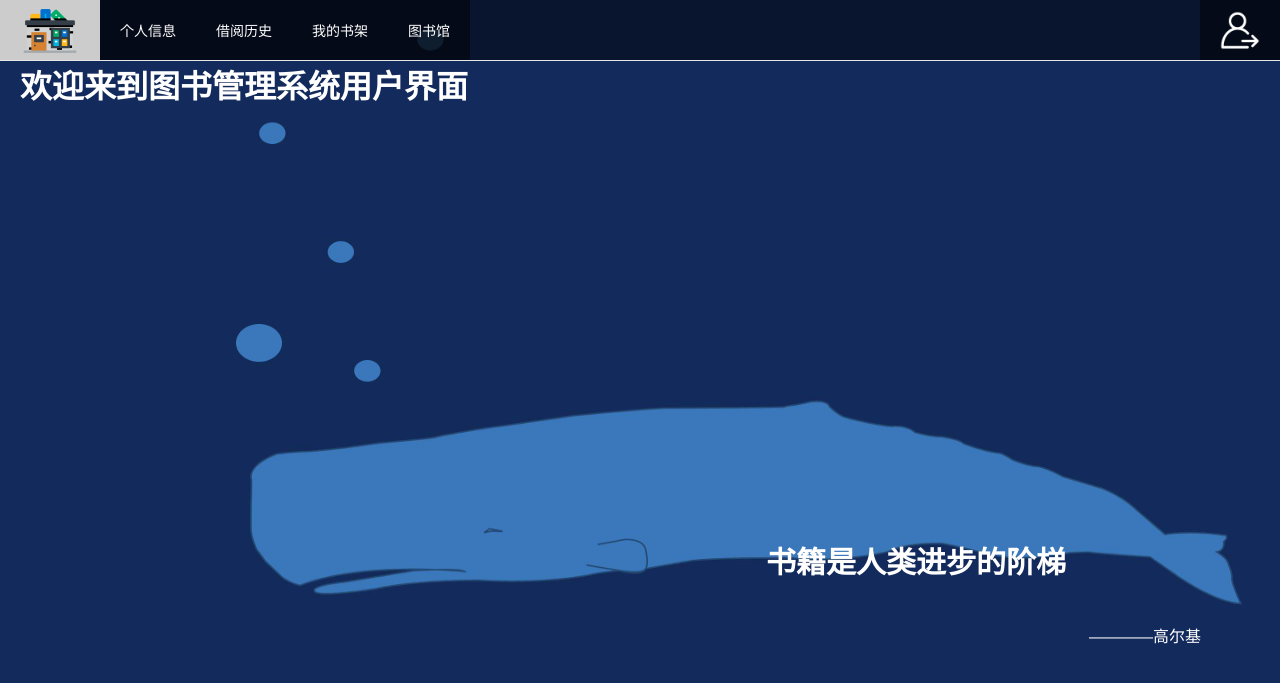
Repository: Akron-xz/helloVue
Page: /#/user (app in vue-library/)
The author's editor kept a copy of each file at every save. The page is drawn from the files as they stood at one save, then again after the next save.
The browser window is 1280 px wide. The pictures show the whole page.
The project was rebuilt for these pictures with package versions that can differ from the ones it lists, and the page was loaded fresh each time. Also part of the build but not shown: vue-library/src/components/homeNav.vue, vue-library/src/views/Home.vue.

Above is the page before, as saved 2020-11-26 17:37:00.

After the next save:
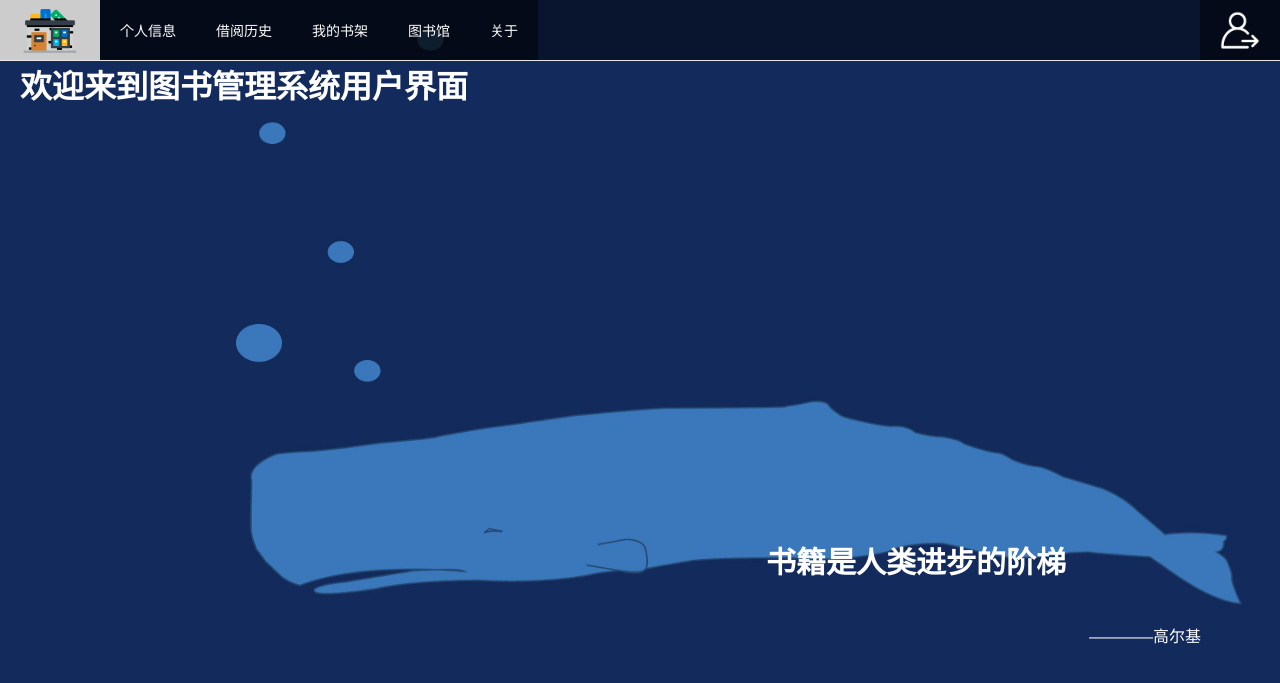
Saved 30 s later.
--- a/vue-library/src/components/userNav.vue
+++ b/vue-library/src/components/userNav.vue
@@ -32,6 +32,10 @@
 
             <el-menu-item index="6" class="exitIcon">
                 <img src="/img/logoutIconWhite.png" alt="" target="_self" class="logoutIcon" @click="signOut">
+            </el-menu-item>
+
+            <el-menu-item index="5" @click="toThanks">
+                <a  target="_self">关于</a>
             </el-menu-item>
 
             <!-- <el-menu-item index="6" @click="toMain">
